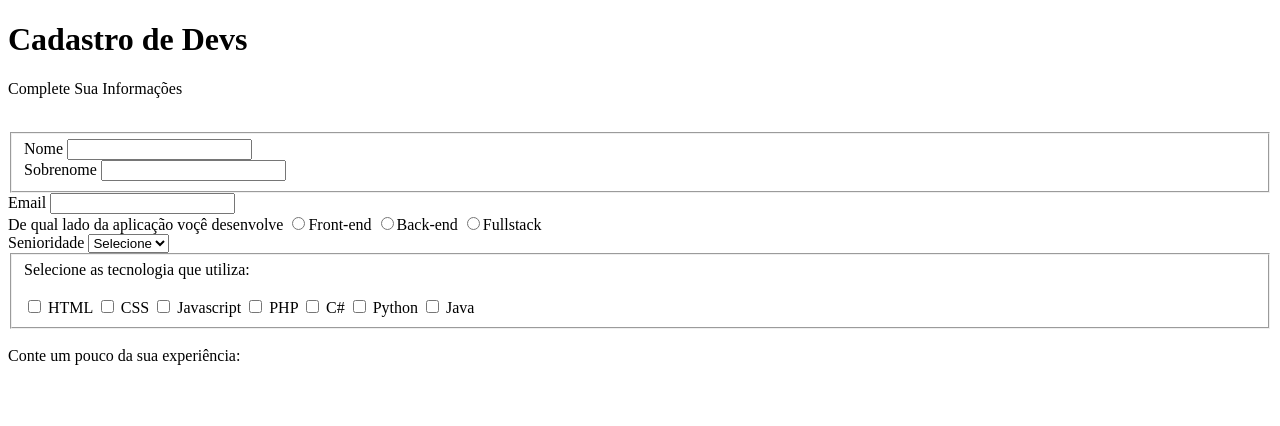
Repository: 2020francesco/formulario
Page: formulario.html
These files come from the project's save history. The page is drawn as it stood at one moment and after the next save; the edit follows.
The browser window is 1280 px wide. The pictures show the whole page.

Above is the page before, as saved 2021-04-20 12:05:04.

### formulario.html
<!DOCTYPE html>
<html lang="en">
  <head>
    <meta charset="utf-8">
    <meta name="viewport" content="width=device-width, initial-scale=1.0">

    <title>Cadastro</title>
  </head>
  <body>

    <div>
      <h1>Cadastro de Devs</h1>
      <p>Complete Sua Informações</p>
      <br>
    </div>

    <form>
      <fieldset>
        <div>
          <label>Nome</label>
          <input type="text" name="nome" id="nome">
        </div>

        <div>
          <label>Sobrenome</label>
          <input type="text" name="sobrenome" id="sobrenome">
        </div>
      </fieldset>

      <div>
        <label>Email</label>
        <input type="email" name="email" id="email">
      </div>

      <div>
        <label>De qual lado da aplicação voçê desenvolve</label>
        <label>
          <input type="radio" name="devweb" value="frontend">Front-end
        </label>

        <label>
          <input type="radio" name="devweb" value="backend">Back-end
        </label>

        <label>
          <input type="radio" name="devweb" value="fullstack">Fullstack
        </label>
      </div>

      <div>
        <label>Senioridade</label>
        <select id="senioridade">
          <option selected disabled value="">Selecione</option>
          <option>Júnior</option>
          <option>Pleno</option>
          <option>Senior</option>
        </select>
      </div>

      <fieldset>
        <div>
          <label>Selecione as tecnologia que utiliza: </label><br><br>
          <input type="checkbox" name="tecnologia1" value="HTML">
          <label for="tecnologia1">HTML</label>
          <input type="checkbox" name="tecnologia2" value="CSS">
          <label for="tecnologia2">CSS</label>
          <input type="checkbox" name="tecnologia3" value="Javascript">
          <label for="tecnologia3">Javascript</label>
          <input type="checkbox" name="tecnologia4" value="PHP">
          <label for="tecnologia4">PHP</label>
          <input type="checkbox" name="tecnologia5" value="C#">
          <label for="tecnologia5">C#</label>
          <input type="checkbox" name="tecnologia6" value="Python">
          <label for="tecnologia6">Python</label>
          <input type="checkbox" name="tecnologia7" value="Java">
          <label for="tecnologia7">Java</label>
        </div>
      </fieldset>

      <div>
        <br>
        <label>Conte um pouco da sua experiência: </label>
      </div>
    </form>

  </body>
</html>

After the next save:
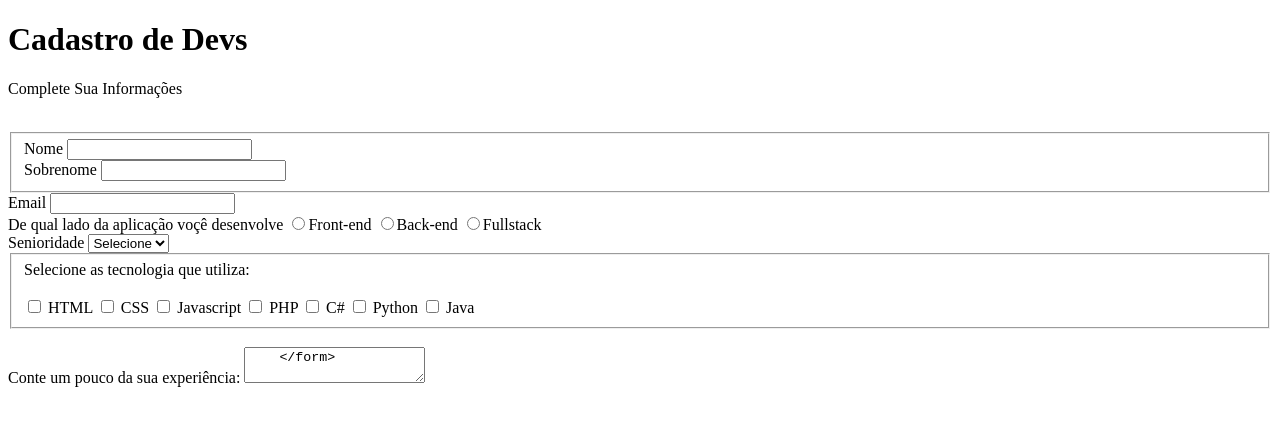
Saved 8 s later.
--- a/formulario.html
+++ b/formulario.html
@@ -80,6 +80,7 @@
       <div>
         <br>
         <label>Conte um pouco da sua experiência: </label>
+        <textarea
       </div>
     </form>
 
